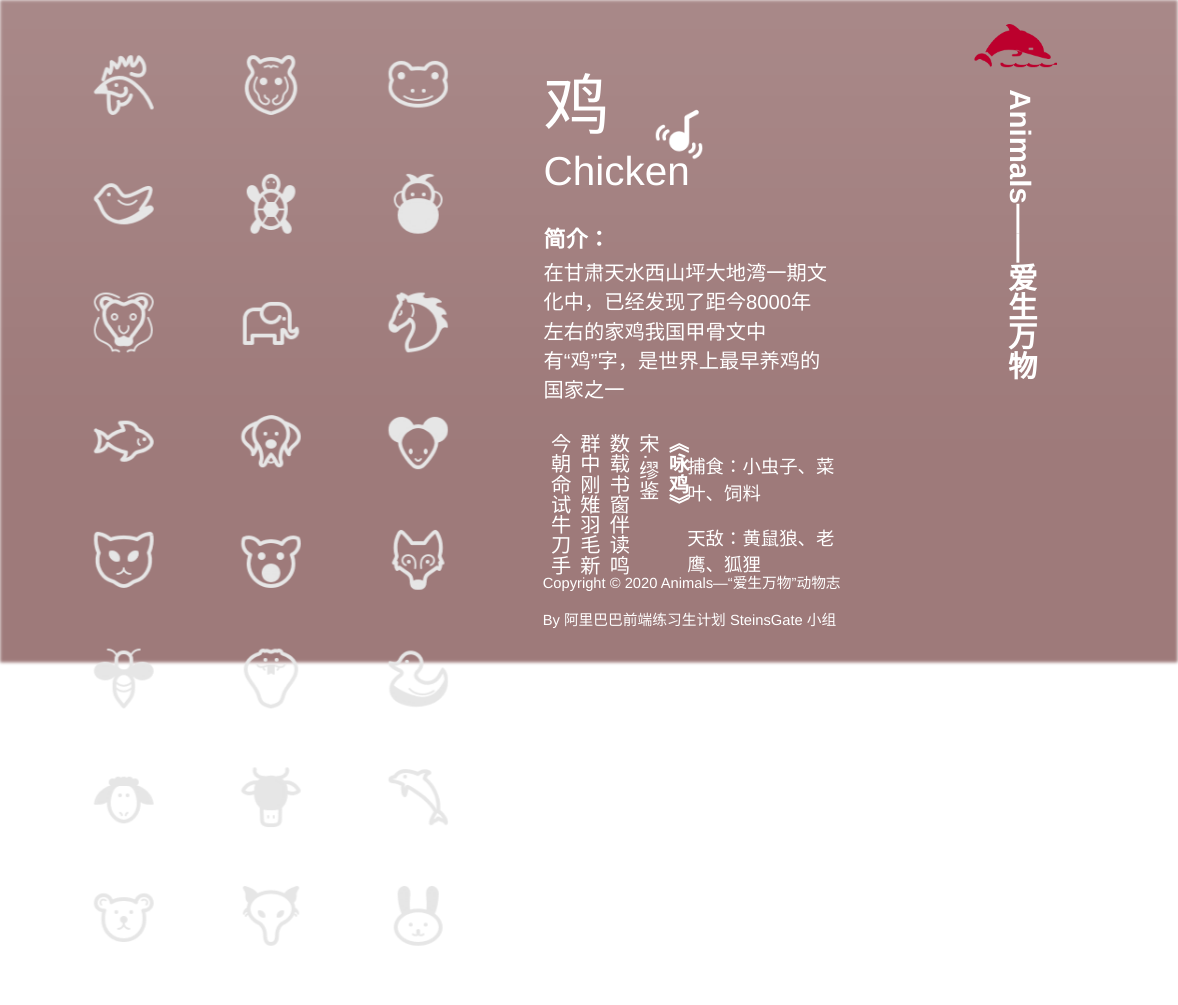
Repository: Whiskeyi/Animals
Page: /
An editor plug-in stored every save of this project. The page is shown before and after the next save, followed by the edit.
The browser window is 1280 px wide. The pictures show the whole page, at 92% of full size.
The project was rebuilt for these pictures with package versions that can differ from the ones it lists, and the page was loaded fresh each time.

Above is the page before, as saved 2021-11-17 18:03:57.

After the next save:
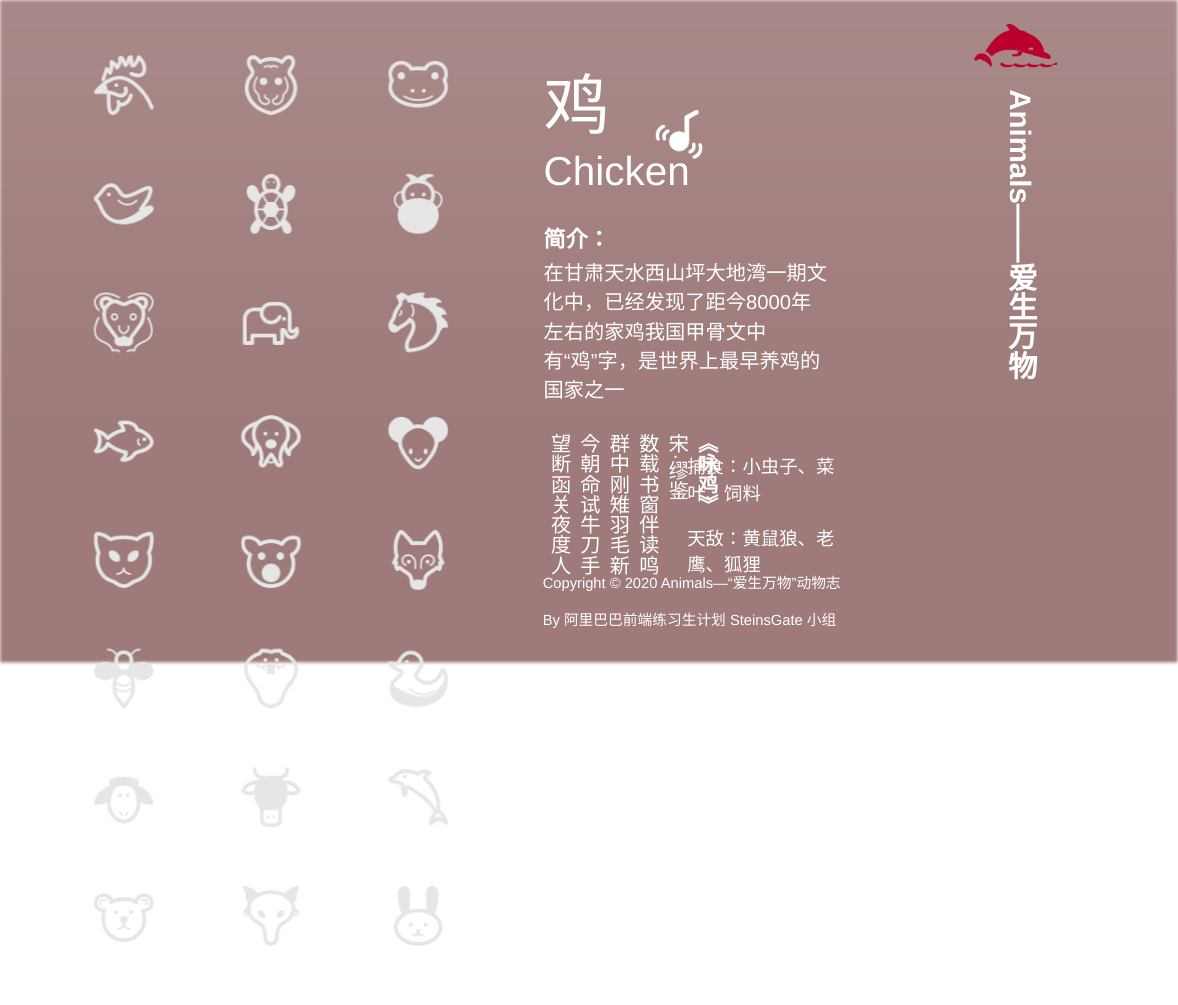
Saved 3 s later.
--- a/src/components/Info/habbit-poem/index.vue
+++ b/src/components/Info/habbit-poem/index.vue
@@ -28,7 +28,7 @@ export default {
             content1: '数载书窗伴读鸣',
             content2: '群中刚雉羽毛新',
             content3: '今朝命试牛刀手',
-            content4: '',
+            content4: '望断函关夜度人',
             food: '小虫子、菜叶、饲料',
             enemy: '黄鼠狼、老鹰、狐狸'
         }
